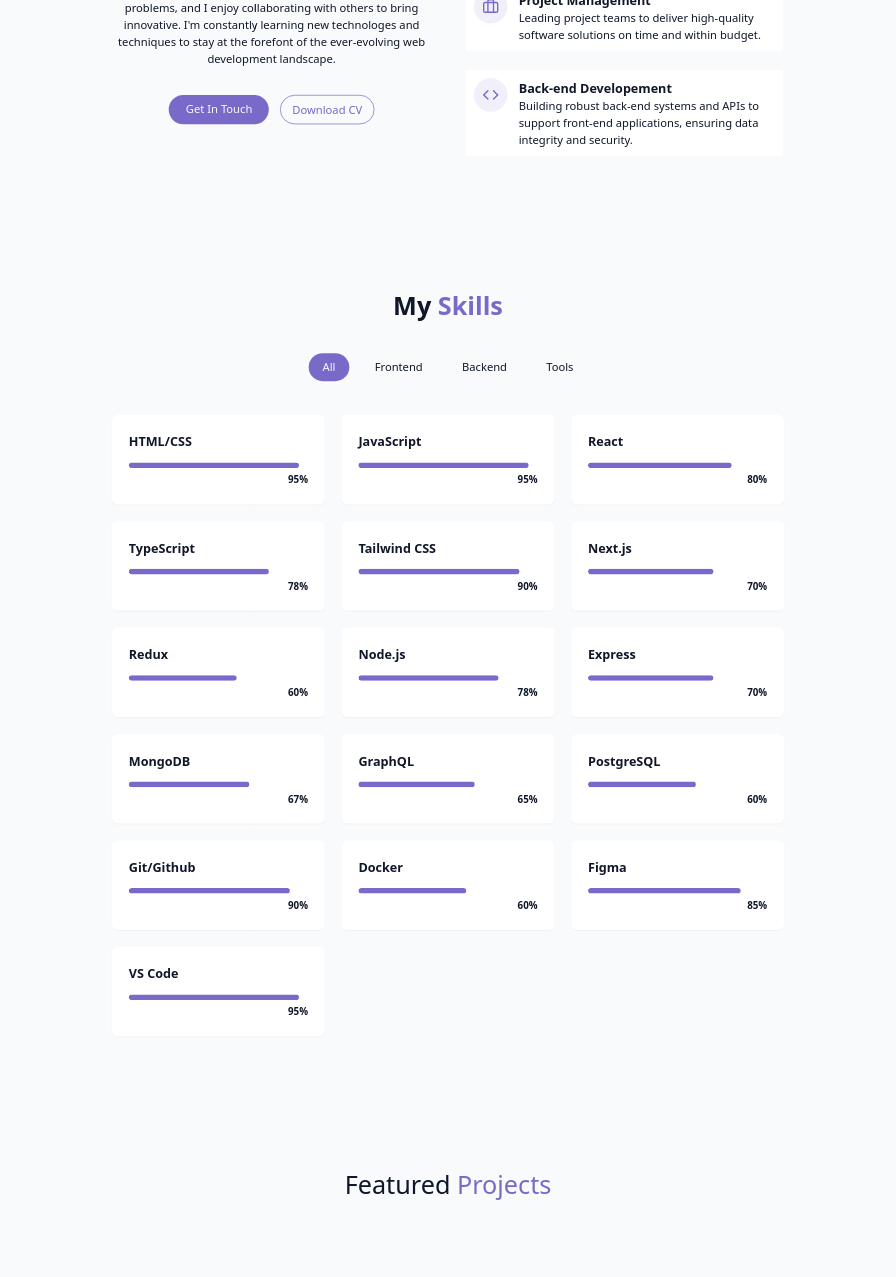
Repository: mOzariffard/Portfolio
Page: /
These files come from the project's save history. The page is drawn as it stood at one moment and after the next save; the edit follows.
The browser window is 1280 px wide. The pictures show the part of the page from y = 1232 to 3152 px (the page is 3056 px tall before and 3152 px after), at 70% of full size.
The project was rebuilt for these pictures with package versions that can differ from the ones it lists, and the page was loaded fresh each time. Also part of the build but not shown: vite.config.js, src/pages/NotFound.jsx.

Above is the page before, as saved 2025-06-29 19:39:13.

### src/App.jsx
import  Home from "./pages/Home"
import { BrowserRouter, Route, Routes } from "react-router-dom"
import NotFound from "./pages/NotFound"


function App() {

  return (
    <>
    <BrowserRouter>
    <Routes>
      <Route index element={<Home />} />
      <Route path="*" element={<NotFound />} />
    </Routes>
    </BrowserRouter>
    </>
  )
}

export default App

### src/pages/Home.jsx
import React from 'react'
import ThemeToggle from '@/components/ThemeToggle'
import StartBackground from '@/components/StartBackground'
import Navbar from '@/components/Navbar'
import HeroSection from '@/components/HeroSection'
import AboutSection from '@/components/AboutSection'
import SkillsSection from '@/components/SkillsSection'
import ProjectSection from '@/components/ProjectSection'

const Home = () => {
  return (
    <div className='min-h-screen bg-background text-foreground overflow-x-hidden'>
        {/*----------------Theme Toggle----------------*/}
        <ThemeToggle />
        {/*----------------Background Effects----------------*/}
        <StartBackground/>
        {/*----------------Nav Bar----------------*/}
        <Navbar/>
        {/*----------------Main Content----------------*/}
        <main>
        <HeroSection />
        <AboutSection />
        <SkillsSection />
        <ProjectSection />
        </main>
        {/*----------------Footer----------------*/}


    </div>
  )
}

export default Home

### src/components/ThemeToggle.jsx
import React, { useEffect, useState } from 'react'
import { Sun, Moon } from 'lucide-react'
import { cn } from '@/lib/utils';
const ThemeToggle = () => {
    const [isDarkMode, setIsDarkMode]= useState(false);

    useEffect(()=>{
        const storedTheme= localStorage.getItem('theme');
        if(storedTheme=== 'dark'){
            setIsDarkMode(true);
            document.documentElement.classList.add('dark');
        }else{
            localStorage.setItem('theme', 'light');
            setIsDarkMode(false);
        }
    },[])
    const toggleTheme=()=>{
        if(isDarkMode){
            document.documentElement.classList.remove('dark');
            localStorage.setItem('theme', 'light');
            setIsDarkMode(false);
        }else{
            document.documentElement.classList.add('dark');
            localStorage.setItem('theme', 'dark');
            setIsDarkMode(true);
        }
    }
  return (
    <button onClick={toggleTheme} className={cn(
        "fixed max-sm:hidden top-5 right-5 z-50 p-2 rounded-full transition-colors duration-300",
        "focus:outline-hidden")}>
        {isDarkMode ? <Sun className='h-6 w-6 text-yellow-300'/> : <Moon className='h-6 w-6 text-blue-900' />}
    </button>
  )
}

export default ThemeToggle

### src/components/StartBackground.jsx
import React, { useEffect, useState } from 'react'

// START has
// ID , SIZE , X , Y , OPACITY , ANIMATION DURATION
// METEOR has
// ID , SIZE , X , Y , DELAY , DURATION

const StartBackground = () => {
    const [stars,setStars]=useState([]);
    const [meteors,setMeteors]=useState([]);

    useEffect(()=>{
        generateStars();
        generateMeteors();

        const handleResize = ()=>{
            generateStars();
        };

        window.addEventListener('resize', handleResize);

        return ()=> window.removeEventListener('resize', handleResize);

    },[])

    const generateStars = () =>{
        const numbersOfStars = Math.floor(window.innerWidth * window.innerHeight /10000);

        const newStars=[];

        for(let i=0; i<numbersOfStars; i++){
            newStars.push({
                id: i,
                size: Math.random()* 3 + 1,
                x: Math.random()*100 ,
                y:  Math.random()*100,
                opacity: Math.random()*0.5 +0.5 ,
                animationDuration: Math.random()*4+2 ,
            });
        }

        setStars(newStars);
    };

    const generateMeteors = () =>{
        const numbersOfMeteors = 4;

        const newMeteors=[];

        for(let i=0; i<numbersOfMeteors; i++){
            newMeteors.push({
                id: i,
                size: Math.random()* 2 + 1,
                x: Math.random()* 100 ,
                y:  Math.random()* 20,
                delay: Math.random()* 15 ,
                animationDuration: Math.random()*3+3 ,
            });
        }

        setMeteors(newMeteors);
    };


  return (
    <div className='fixed inset-0 overflow-hidden pointer-events-none z-0 '>
        {stars.map((star)=>(
            <div
            key={star.id}
                className='star animate-pluse-subtle' style={{
                width:`${star.size}px` ,
                height: `${star.size}px`,
                left: `${star.x}%`,
                top: `${star.y}%`,
                opacity:`${star.opacity}` ,
                animationDuration: `${star.animationDuration}s`
            }} />
        ))}

        {meteors.map((meteor)=>(
            <div
            className='meteor animate-meteor'
            key={meteor.id}
            style={{
                width: `${meteor.size* 50}px`,
                height: `${meteor.size * 2}px`,
                left: `${meteor.x}%`,
                top: `${meteor.y}%`,
                animationDelay: `${meteor.delay}`,
                animationDuration: `${meteor.duration}s`
            }}
            />
        ))}
    </div>
  )
}

export default StartBackground

### src/components/Navbar.jsx
import React, { useState, useEffect } from 'react';
import { cn } from '@/lib/utils';
import { X , Menu } from 'lucide-react';

const navItems = [
    { name: 'Home', href: '#hero' },
    { name: 'About', href: '#about' },
    { name: 'Skills', href: '#skills' },
    { name: 'Project', href: '#project' },
    { name: 'Contact', href: '#contact' },
];

const Navbar = () => {
    const [isScrolled, setIsScrolled] = useState(false);
    const [isMenuOpen, setIsMenuOpen] = useState(false);

    useEffect(() => {
        const handleScroll = () => {
            setIsScrolled(window.scrollY > 10);
        };

        window.addEventListener('scroll', handleScroll);

        return () => window.removeEventListener('scroll', handleScroll);
    }, []);

    return (
        <nav
            className={cn(
                'fixed w-full z-40 transition-all duration-300',
                isScrolled ? 'py-3 bg-background/80 backdrop-blur-md shadow-xs' : 'py-6'
            )}
        >
            <div className="container flex items-center justify-between">
                <a href="#hero" className="text-xl font-bold text-primary flex items-center">
                    <span className="relative z-10">
                        <span className="text-glow text-foreground">mOzariffard</span> Portfolio
                    </span>
                </a>

                {/* DESKTOP NAV */}
                <div className="hidden md:flex space-x-6">
                    {navItems.map((item, key) => (
                        <a
                            key={key}
                            href={item.href}
                            className="text-foreground/80 hover:text-primary transition-colors duration-300"
                        >
                            {item.name}
                        </a>
                    ))}
                </div>

                {/* MOBILE NAV */}
                <button onClick={() => setIsMenuOpen((prev)=> !prev)}
                className='md:hidden p-2 text-foreground z-50'
                aria-label={!isMenuOpen ? 'Close Menu': 'Open Menu'}
                >
                {isMenuOpen ? <X size={24} /> : <Menu size={24} />}
                </button>

                <div
                    className={cn(
                        'fixed inset-0 bg-background/90 backdrop-blur-md z-40 flex flex-col items-center justify-center',
                        'transition-all duration-300 md:hidden',
                        isMenuOpen ? 'opacity-100 pointer-events-auto' : 'opacity-0 pointer-events-none'
                    )}
                >
                    <div className="flex flex-col space-y-8 text-xl">
                        {navItems.map((item, key) => (
                            <a
                                key={key}
                                href={item.href}
                                className="text-foreground/80 hover:text-primary transition-colors duration-300"
                                onClick={() => setIsMenuOpen(false)}
                            >
                                {item.name}
                            </a>
                        ))}
                    </div>
                </div>
            </div>
        </nav>
    );
};

export default Navbar;

### src/components/HeroSection.jsx
import { ArrowDown } from 'lucide-react'
import React from 'react'

const HeroSection = () => {
  return (
    <section className='relative min-h-screen flex flex-col items-center justify-center px-4'>
        <div className='container max-w-4xl mx-auto text-center z-10'>
            <div className='space-y-6'>
                <h1 className='text-4xl md:text-6xl font-bold tracking-tight'>
                <span className='opacity-0 animate-fade-in' >Hi, I'm</span>
                <span className='text-primary opacity-0 animate-fade-in-delay-1'> Reza</span>
                <span className='text-gradient ml-2 opacity-0 animate-fade-in-delay-2'> Zariffard</span>
                </h1>
                <p className='text-lg md:text-xl text-muted-foreground max-2-2xl mx-auto opacity-0 animate-fade-in-delay-3'>
                    I create steller web experiences with modern technologies.
                    Specializing in front-end development, I build intesfacet
                    that are both beautiful and functional.
                </p>
                <div className='pt-4 opacity-0 animate-fade-in-delay-4'>
                    <a href="#projects" className='cosmic-button'> View My Work</a>
                </div>
            </div>
        </div>

        <div className='absolute bottom-8 left-1/2 transform -translate-x-1/2 flex flex-col items-center animate-bounce'>
        <span className='text-sm text-muted-forgeround mb-2'> Scroll</span>
        <ArrowDown className='h-5 w-5 text-primary'/>
        </div>
    </section>
  )
}

export default HeroSection

### src/components/AboutSection.jsx
import React from 'react'
import { Briefcase, Code, User } from 'lucide-react'

const AboutSection = () => {
  return (
    <section id='about' className='py-24 px-4 relative'>
      <div className='container mx-auto max-w-5xl'>
        <h2 className='text-3xl md:text-4xl font-bold mb-12 text-center'>
          About <span className='text-primary'>Me</span>
        </h2>


      <div className='grid grid-cols-1 md:grid-cols-2 gap-12 items-center'>
       {/* LEFT SIDES OF ABOUT */}
        <div className='space-y-6'>
          <h3 className='text-2xl font-semibold'>
            Passionate Web Developer & Tech Creator
          </h3>

          <p className='text-muted-foreground'>
            With over 4 years of experience in Web development,
            I specialize in creating dynamic and responsive web applications.
            My journey began with a fascination for technology and a desire to
            build impactful digital solutions. I thrive on
            challenges and continuously seek to expand my skill set.
          </p>

          <p className='text-muted-foreground'>
            I'm passioate about creating elegant solutions to complex
            problems, and I enjoy collaborating with others to bring innovative.
            I'm constantly learning new technologes and techniques to stay at the forefont
            of the ever-evolving web development landscape.
          </p>

          <div className='flex flex-col sm:flex-row gap-4 pt-4 justify-center '>
          <a href="#contanct" className='cosmic-button'>
            Get In Touch
          </a>

          <a href="" className='px-4 py-2 rounded-full border border-primary text-primary hover:bg-primary/20 transition-colors duration-300'>
            Download CV
          </a>
        </div>
        </div>
        {/* RIGHT SIDES OF ABOUT */}

        <div className='grid grid-cols-1 gap-6'>
          {/* FIRST BOX OF ABOUT  PAGE */}
          <div className='gradient-border p-3 card-hover'>
           {/* POSITION OF ICON */}
            <div className='flex items-start gap-4'>
              <div className='p-3 rounded-full bg-primary/10'>
              <Code className='text-primary' />
              </div>
              {/* CONTENT OF LEFT SIDE OF ABOUT IN FIRST BOX  */}
              <div className='text-left'>
                <h4 className='font-semibold text-lg'> Web Development </h4>

                <p className='text-muted-foreground'>
                  Creating responsive and dynamic web applications using modern technologies like React, Node.js, and more.
                </p>
              </div>
            </div>
          </div>

           {/* SECOND BOX OF ABOUT  PAGE */}
          <div className='gradient-border p-3 card-hover'>
              {/* POSITION OF ICON */}
          <div className='flex items-start gap-4'>
              <div className='p-3 rounded-full bg-primary/10'>
              <User className='text-primary' />
              </div>
              {/* CONTENT OF LEFT SIDE OF ABOUT IN SECOND BOX  */}
              <div className='text-left'>
                <h4 className='font-semibold text-lg'> UI/UX Design  </h4>

                <p className='text-muted-foreground'>
                  Designing intuitive user interfaces and enhancing user experiences through thoughtful design principles and usability testing.
                </p>
              </div>
            </div>
          </div>
          {/* THIRD BOX OF ABOUT  PAGE */}
          <div className='gradient-border p-3 card-hover'>
              {/* POSITION OF ICON */}
             <div className='flex items-start gap-4'>
              <div className='p-3 rounded-full bg-primary/10'>
              <Briefcase className='text-primary' />
              </div>
              {/* CONTENT OF LEFT SIDE OF ABOUT IN THIRD BOX  */}
              <div className='text-left'>
                <h4 className='font-semibold text-lg'> Project Management</h4>

                <p className='text-muted-foreground'>
                Leading project teams to deliver high-quality software solutions on time and within budget.
                </p>
              </div>
            </div>
          </div>

            {/* FORTH BOX OF ABOUT  PAGE */}
            <div className='gradient-border p-3 card-hover'>
              {/* POSITION OF ICON */}
             <div className='flex items-start gap-4'>
              <div className='p-3 rounded-full bg-primary/10'>
              <Code className='text-primary' />
              </div>
              {/* CONTENT OF LEFT SIDE OF ABOUT IN FORTH BOX  */}
              <div className='text-left'>
                <h4 className='font-semibold text-lg'>Back-end Developement </h4>

                <p className='text-muted-foreground'>
                Building robust back-end systems and APIs to support front-end applications, ensuring data integrity and security.
                </p>
              </div>
            </div>
          </div>


        </div>
      </div>
      </div>
    </section>
  )
}

export default AboutSection

### src/components/SkillsSection.jsx
import React, { useState, useEffect } from 'react'
import {cn} from '@/lib/utils';
import CountUp from 'react-countup';

const skills = [
  // Frontend Skills
  {name: 'HTML/CSS', level: 95, category: 'frontend'},
  {name: 'JavaScript', level: 95, category: 'frontend'},
  {name: 'React', level: 80, category: 'frontend'},
  {name: 'TypeScript', level: 78, category: 'frontend'},
  {name: 'Tailwind CSS', level: 90, category: 'frontend'},
  {name: 'Next.js', level: 70, category: 'frontend'},
  {name: 'Redux', level: 60, category: 'frontend'},
  // Backend Skills
  {name: 'Node.js', level: 78, category: 'backend'},
  {name: 'Express', level: 70, category: 'backend'},
  {name: 'MongoDB', level: 67, category: 'backend'},
  {name: 'GraphQL', level: 65, category: 'backend'},
  {name: 'PostgreSQL', level: 60, category: 'backend'},
  // Tools Skills
  {name: 'Git/Github', level: 90, category: 'tools'},
  {name: 'Docker', level: 60, category: 'tools'},
  {name: 'Figma', level: 85, category: 'tools'},
  {name: 'VS Code', level: 95, category: 'tools'},
];

const categories = ['all', 'frontend', 'backend', 'tools'];

// Individual Skill Item Component
const SkillItem = ({ skill, index, isVisible }) => {
  const [animatedWidth, setAnimatedWidth] = useState(0);

  useEffect(() => {
    if (isVisible) {
      // Small delay for staggered animation
      const timer = setTimeout(() => {
        setAnimatedWidth(skill.level);
      }, index * 100);

      return () => clearTimeout(timer);
    } else {
      setAnimatedWidth(0);
    }
  }, [isVisible, skill.level, index]);

  return (
    <div className='bg-card p-6 rounded-lg shadow-xs card-hover'>
      <div className='text-left mb-4'>
        <h3 className='font-semibold text-lg'>{skill.name}</h3>
      </div>

      {/* SKILLS PROGRESS BAR */}
      <div className='w-full bg-secondary/50 h-2 rounded-full overflow-hidden'>
        <div
          className='bg-primary h-2 rounded-full origin-left transition-all duration-2000 ease-out'
          style={{
            width: `${animatedWidth}%`,
            transitionDelay: `${index * 100}ms`
          }}
        />
      </div>

      <div className='text-right mt-1'>
        <span className='text-sm font-semibold text-muted-foreground'>
          {isVisible ? (
            <CountUp
              end={skill.level}
              duration={2.5}
              delay={index * 0.1}
            />
          ) : 0}%
        </span>
      </div>
    </div>
  );
};

const SkillsSection = () => {
  const [activeCategory, setActiveCategory] = useState('all');
  const [isVisible, setIsVisible] = useState(false);

  const filteredSkills = skills.filter((skill) =>
    activeCategory === 'all' || skill.category === activeCategory
  );

  useEffect(() => {
    // Trigger animation when component mounts or category changes
    setIsVisible(false);
    const timer = setTimeout(() => {
      setIsVisible(true);
    }, 100);

    return () => clearTimeout(timer);
  }, [activeCategory]);

  return (
    <section id='skills' className='py-24 px-4 relative bg-secondary/30'>
      {/* CONTAINER OF SKILLS */}
      <div className='container mx-auto max-w-5xl'>
        <h2 className='text-3xl md:text-4xl font-bold mb-12 text-center'>
          My <span className='text-primary'> Skills </span>
        </h2>

        {/* CATEGORIES OF SKILLS */}
        <div className='flex flex-wrap justify-center gap-4 mb-12'>
          {categories.map((category, index) => (
            <button
              key={index}
              onClick={() => setActiveCategory(category)}
              className={cn(
                'px-5 py-2 rounded-full transition-colors duration-300 capitalize',
                activeCategory === category
                  ? 'bg-primary text-primary-foreground'
                  : 'bg-secondary/70 text-foreground hover:bg-secondary'
              )}
            >
              {category}
            </button>
          ))}
        </div>

        {/* ITEMS OF SKILLS */}
        <div className='grid grid-cols-1 sm:grid-cols-2 lg:grid-cols-3 gap-6'>
          {filteredSkills.map((skill, index) => (
            <SkillItem
              key={`${skill.name}-${activeCategory}`}
              skill={skill}
              index={index}
              isVisible={isVisible}
            />
          ))}
        </div>
      </div>
    </section>
  )
}

export default SkillsSection

### src/components/ProjectSection.jsx
import React from 'react'

const projects = [
    {
        id: 1,
        title: 'Ryde - Ride Sharing App',
        description: 'A ride sharing app connecting drivers with passengers.',
        image: '/images/project1.png',
        tag: ['ReactNative', 'Node.js', 'MongoDB'],
        demoUrl: "#",
        gitHubUrl: "#"
    },
    {
        id: 2,
        title: 'Saas - Landing Page',
        description: 'A landing page built with React and Tailwind.',
        image: '/images/project2.png',
        tag: ['React', 'Tailwind', 'Supabase'],
        demoUrl: "#",
        gitHubUrl: "#"
    },
    {
        id: 3,
        title: 'Bookwise - Book Store',
        description: 'An online bookstore application.',
        image: '/images/project3.png',
        tag: ['React', 'Node.js', 'MongoDB'],
        demoUrl: "#",
        gitHubUrl: "#"
    },

    {
        id:4 ,
        title: 'YC Dictionary - Dictionary App',
        description: ' A dictionary app providing word definitions and synonyms.',
        image:'/images/project4.png',
        tag: ['React', 'Tailwind', 'Node.js', 'MongoDB'],
        demoUrl: "#",
        gitHubUrl: "#"
    }
];

const ProjectSection = () => {
  return (
    <section id="projects" className='py-24 px-4 relative'>
         {/*HEADER OF PROJECT  */}
    <div className='contianer mx-auto max-w-5xl'>
        <h2 className='text-3xl md:text-4xl front-bold mb-4 text-center'> Featured
            <span className='text-primary'> Projects </span>
            </h2>
    </div>
    </section>
  )
}

export default ProjectSection

### src/lib/utils.js
import {clsx} from 'clsx';
import { twMerge } from 'tailwind-merge';



export const cn= (...inputs)=>{
    return twMerge(clsx(inputs));
}

Loaded but not shown: index.html (common file); src/main.jsx (common file); src/index.css (common file)

After the next save:
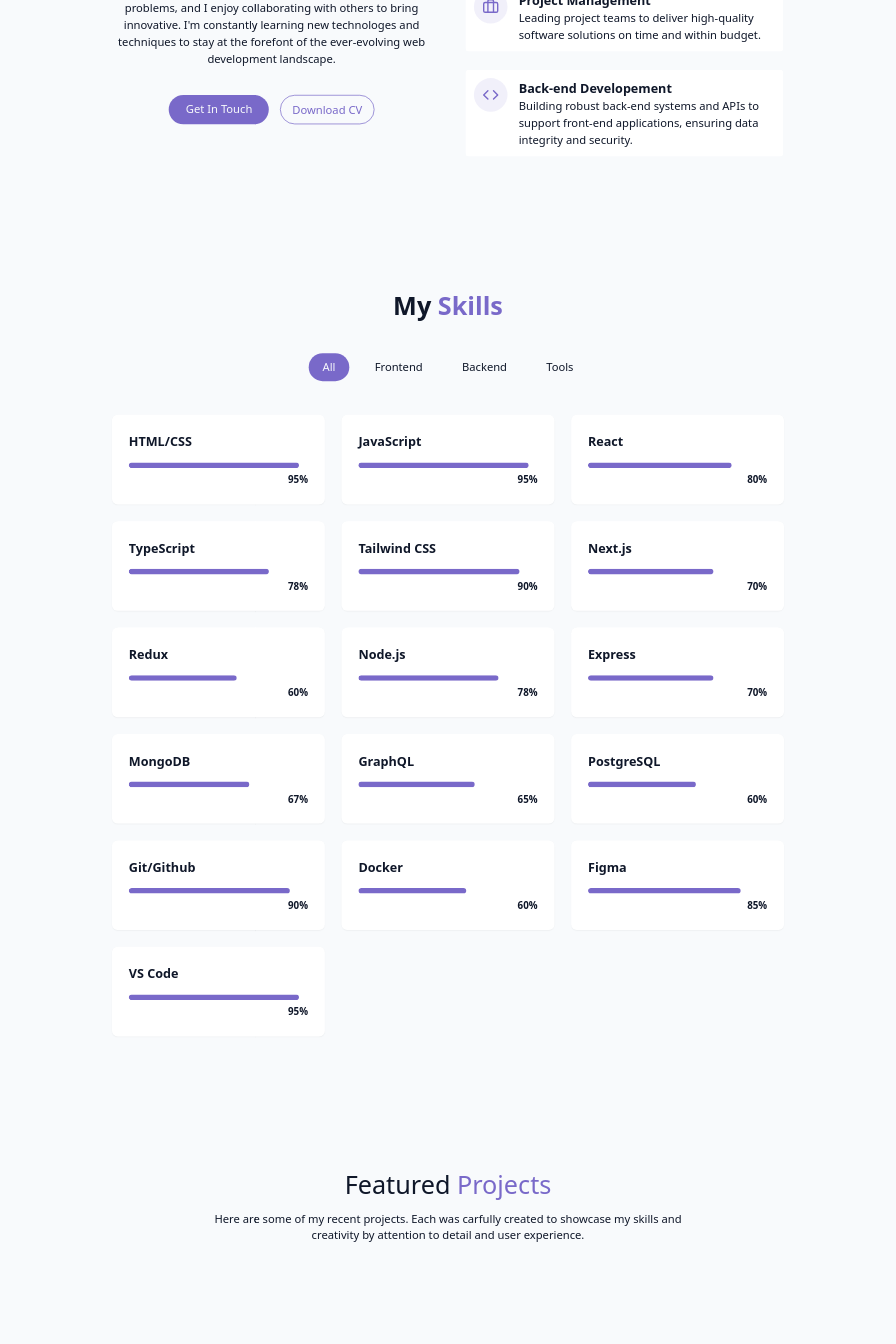
Saved 2 min 54 s later.
--- a/src/components/ProjectSection.jsx
+++ b/src/components/ProjectSection.jsx
@@ -48,6 +48,11 @@ const ProjectSection = () => {
         <h2 className='text-3xl md:text-4xl front-bold mb-4 text-center'> Featured
             <span className='text-primary'> Projects </span>
             </h2>
+
+            <p className='text-center text-muted-foreground mb-12 max-w-2xl mx-auto'>
+            Here are some of my recent projects. Each was carfully created to showcase
+            my skills and creativity by attention to detail and user experience.
+            </p>
     </div>
     </section>
   )
